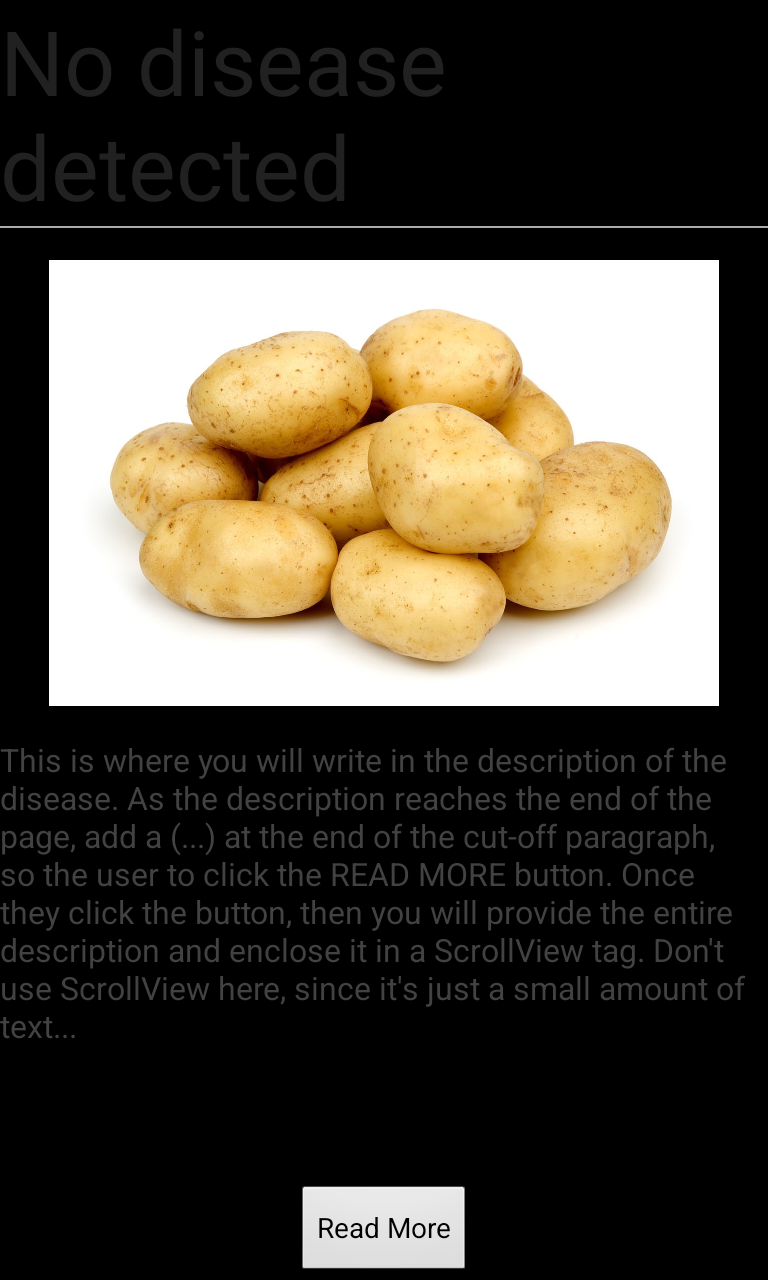
Repository: justnaelin/PhytoSenseIt-app
Layout: PhytoSenseIt/res/layout/activity_no_results.xml
These files come from the project's save history. The layout is drawn as it stood at one moment and after the next save; the edit follows.
It is drawn on a 768 x 1280 px phone screen (xhdpi) without system bars, with theme android:Theme.NoTitleBar.Fullscreen; the app's code is not run.

Above is the layout before, as saved 2015-07-29 16:32:24.

### PhytoSenseIt/res/layout/activity_no_results.xml
<LinearLayout xmlns:android="http://schemas.android.com/apk/res/android"
    xmlns:tools="http://schemas.android.com/tools"
    android:layout_width="match_parent"
    android:layout_height="match_parent"
    android:orientation="vertical">

    <TextView
        android:text="No disease detected"
        android:layout_width="wrap_content"
        android:layout_height="wrap_content"
        android:textSize="45sp"
        android:textColor="#212121"
        android:layout_gravity="center_horizontal"/>

    <!-- Line underneath headline -->
    <View
        android:layout_width="match_parent"
        android:layout_height="1dp"
        android:background="@android:color/darker_gray"/>

    <!-- Change as needed. This is just a placeholder so you
            can see what the layout will look like. -->
    <ImageView
        android:src="@drawable/no_results"
        android:layout_width="wrap_content"
        android:layout_height="0dp"
        android:layout_margin="16dp"
        android:layout_weight="1"/>


    <TextView
        android:layout_width="match_parent"
        android:layout_height="0dp"
        android:text="This is where you will write in the description of the disease. As the description reaches the end of the page, add a (...) at the end of the cut-off paragraph, so the user to click the READ MORE button. Once they click the button, then you will provide the entire description and enclose it in a ScrollView tag. Don't use ScrollView here, since it's just a small amount of text..."
        android:layout_weight="1"
        android:textSize="16sp"
        android:textColor="#424242"/>


    <Button
        android:layout_width="wrap_content"
        android:layout_height="wrap_content"
        android:text="Read More"
        android:layout_gravity="center_horizontal"/>

    </LinearLayout>



********In strings.xml TAB********

<resources>
    <string name="app_name">PhytoSenseIt</string>

    <string name="hello_world">Hello world!</string>
    <string name="action_settings">Settings</string>
</resources>


********In styles.xml TAB********

<resources>
    <!-- Base application theme. -->
    <style name="AppTheme" parent="Theme.AppCompat.Light">
        <!-- Primary theme color of the app (sets background color of app bar) -->
        <item name="colorPrimary">#388E3C</item>
        <!-- Background color of buttons in the app -->
        <item name="colorButtonNormal">#FF9800</item>


    </style>
</resources>

After the next save:
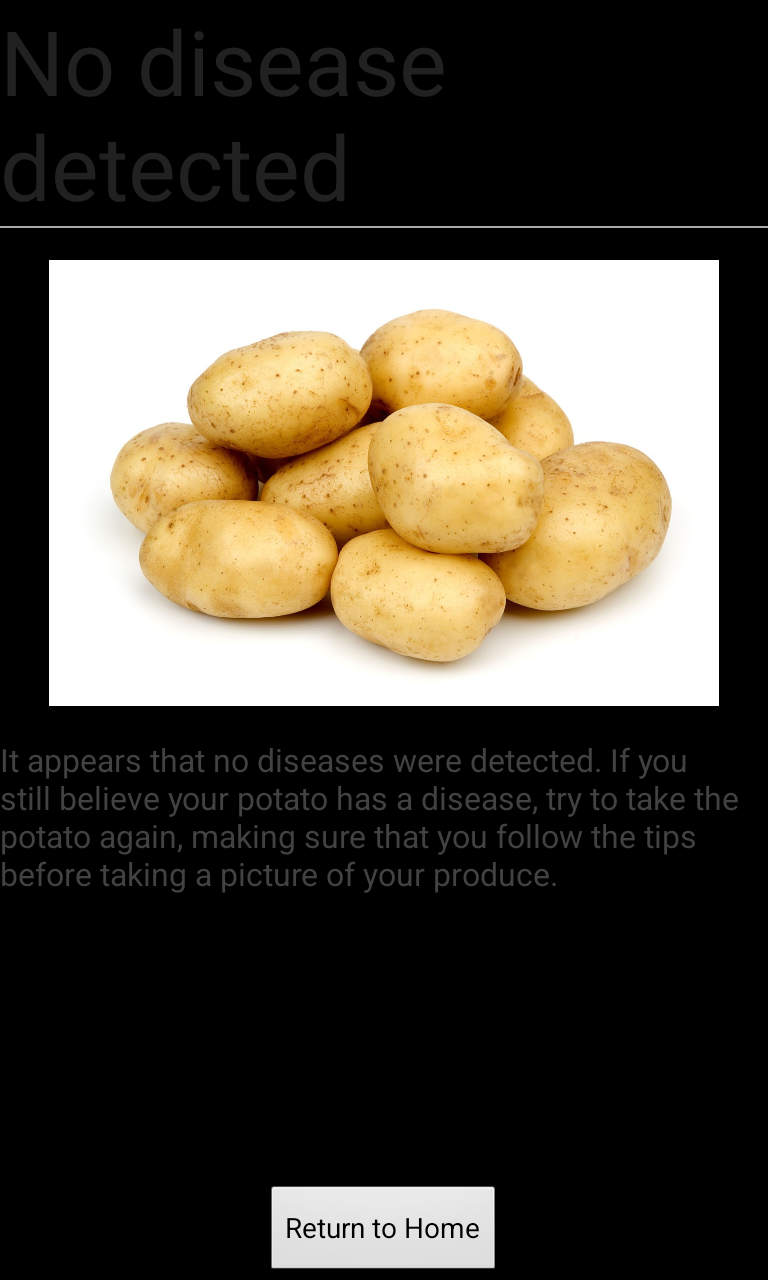
Saved 6 min 22 s later.
--- a/PhytoSenseIt/res/layout/activity_no_results.xml
+++ b/PhytoSenseIt/res/layout/activity_no_results.xml
@@ -31,42 +31,17 @@
     <TextView
         android:layout_width="match_parent"
         android:layout_height="0dp"
-        android:text="This is where you will write in the description of the disease. As the description reaches the end of the page, add a (...) at the end of the cut-off paragraph, so the user to click the READ MORE button. Once they click the button, then you will provide the entire description and enclose it in a ScrollView tag. Don't use ScrollView here, since it's just a small amount of text..."
+        android:text="It appears that no diseases were detected. If you still believe your potato has a disease, try to take the potato again, making sure that you follow the tips before taking a picture of your produce."
         android:layout_weight="1"
         android:textSize="16sp"
         android:textColor="#424242"/>
 
 
     <Button
+        android:id="@+id/return_home"
         android:layout_width="wrap_content"
         android:layout_height="wrap_content"
-        android:text="Read More"
+        android:text="Return to Home"
         android:layout_gravity="center_horizontal"/>
 
     </LinearLayout>
-
-
-
-********In strings.xml TAB********
-
-<resources>
-    <string name="app_name">PhytoSenseIt</string>
-
-    <string name="hello_world">Hello world!</string>
-    <string name="action_settings">Settings</string>
-</resources>
-
-
-********In styles.xml TAB********
-
-<resources>
-    <!-- Base application theme. -->
-    <style name="AppTheme" parent="Theme.AppCompat.Light">
-        <!-- Primary theme color of the app (sets background color of app bar) -->
-        <item name="colorPrimary">#388E3C</item>
-        <!-- Background color of buttons in the app -->
-        <item name="colorButtonNormal">#FF9800</item>
-
-
-    </style>
-</resources>
